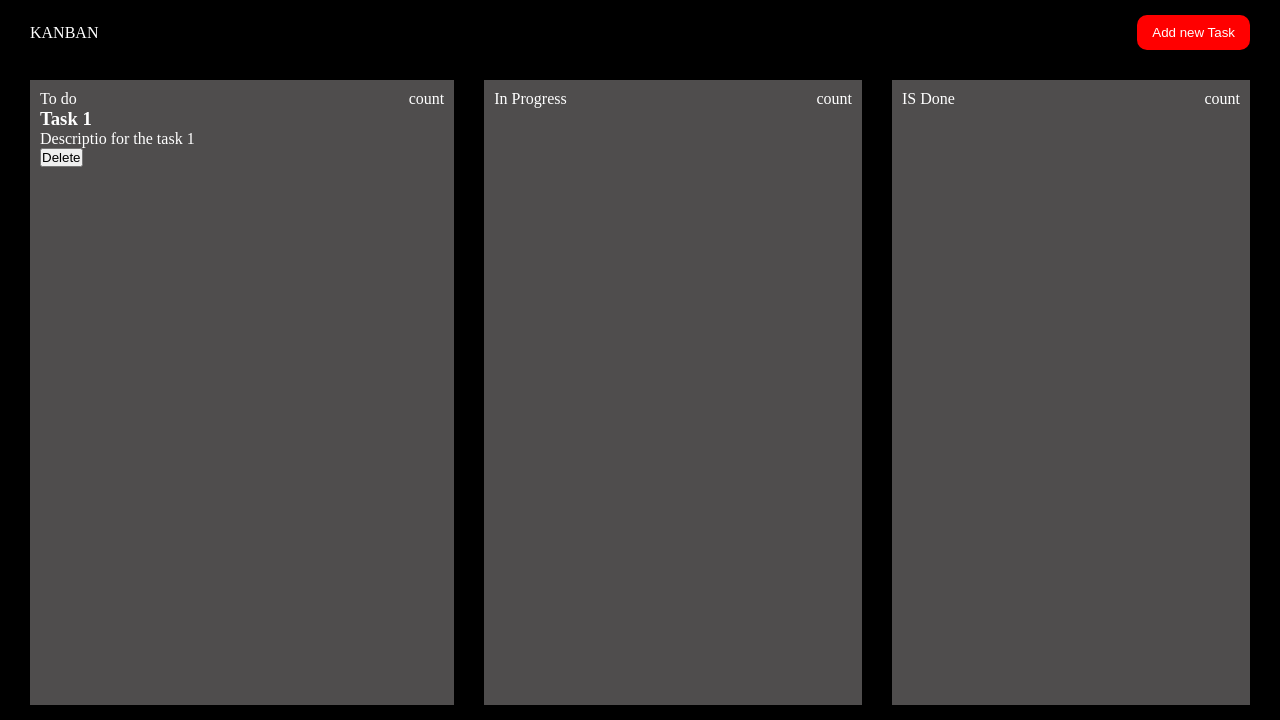
Repository: Sandeepji-5/Kanban-board
Page: index.html
The author's editor kept a copy of each file at every save. The page is drawn from the files as they stood at one save, then again after the next save.
The browser window is 1280 px wide. The pictures show the whole page.

Above is the page before, as saved 2025-12-08 18:38:10.

### index.html
<!DOCTYPE html>
<html lang="en">
<head>
    <meta charset="UTF-8">
    <meta name="viewport" content="width=device-width, initial-scale=1.0">
    <title>Document</title>
    <link rel="stylesheet" href="style.css">
</head>
<body>
    <main>
        <nav>
            <div class="left">KANBAN</div>
            <div class="right"><button>Add new Task</button></div>
        </nav>
        <section class="board">
            <div class="task-column">
                <div class="heading">
                    <div class="left">To do </div>
                    <div class="right">count</div>
                </div>
                <div class="task">
                    <h3>Task 1</h3>
                    <p>Descriptio for the task 1 </p>
                    <button>Delete</button>
                </div>
            </div>
            <div class="task-column">
                <div class="heading">
                    <div class="left">In Progress</div>
                    <div class="right">count</div>
                </div>
            </div>
            <div class="task-column">
                <div class="heading">
                    <div class="left">IS Done </div>
                    <div class="right"> count</div>
                </div>
            </div>
        </section>


    </main>
    <script src="kanban.js"></script>
</body>
</html>

### style.css
* {
    margin: 0;
    padding: 0;

    box-sizing: border-box;
}

html,
body {
    width: 100%;
    height: 100%;

}

:root {
    --bg-color: #0000000;
    --bg-button-color: rgb(79, 77, 77);
    --primary-text-color: #f4f4f4;

    /* padding 1 rem 2 rem */
    --nav-padding: 15px 30px;
    --section-padding: 15px 30px;
    --padding-s: 5px;
    --padding-m: 10px;
    --padding-l: 15px;
    --padding-xl: 20px;
    --padding-xxl: 30px;


    /* border radius variable  */



    --border-radius-s:5px;
    --border-radius-m:10px;
    --border-radius-l:15px;
    --border-radius-xl:20px;
    --border-radius-xxl:30px;


}

body {
    background-color: black;
    color: white;
}
main{
    display: flex;
    height: 100%;
    width: 100%;
    flex-direction: column;


}

nav{
    padding: var(--nav-padding);
    display: flex;
    align-items: center;
    justify-content: space-between;

}
nav button{
    background-color: red;
    color: white;
    border: none;
    outline: none;
    padding: var(  --padding-m) var(  --padding-l);
    cursor: pointer;
    border-radius:var(--border-radius-m) ;

}


section{
    padding:var(--section-padding);
    /* height: 100%; */
    display: flex;
    flex-grow: 1;
    justify-content: space-between;

    gap: var(--padding-xxl);

}
section .task-column{
    padding: var(--padding-m);
    background-color: var(--bg-button-color);
    flex-grow: 1  ;
    padding: var(--padding-m)      ;

}
section .task-column .heading{
    display: flex;
    justify-content: space-between ;
}


section .task-column .heading .task{

    display: flex;
    flex-direction: column;
}

Loaded but not shown: kanban.js (no copy from this time; the picture is the same without it)

After the next save:
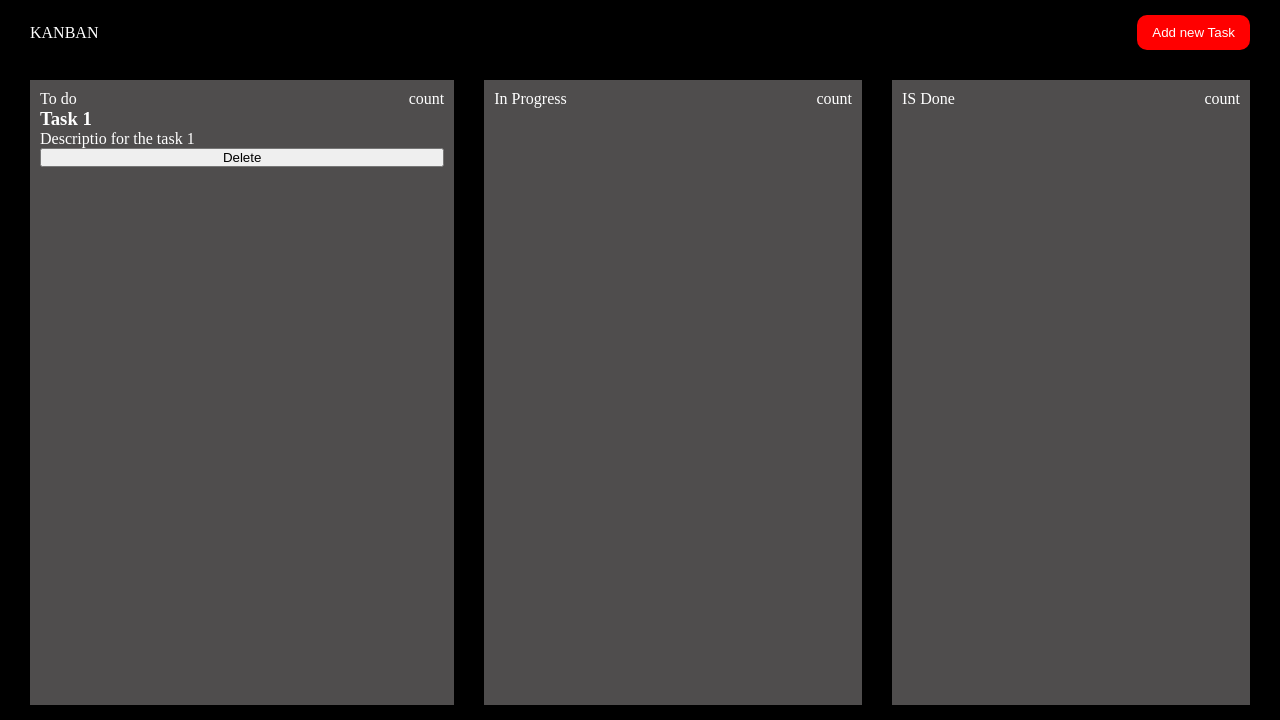
Saved 10 s later.
--- a/style.css
+++ b/style.css
@@ -95,7 +95,7 @@ section .task-column .heading{
 }
 
 
-section .task-column .heading .task{
+section .task-column  .task{
 
     display: flex;
     flex-direction: column;
